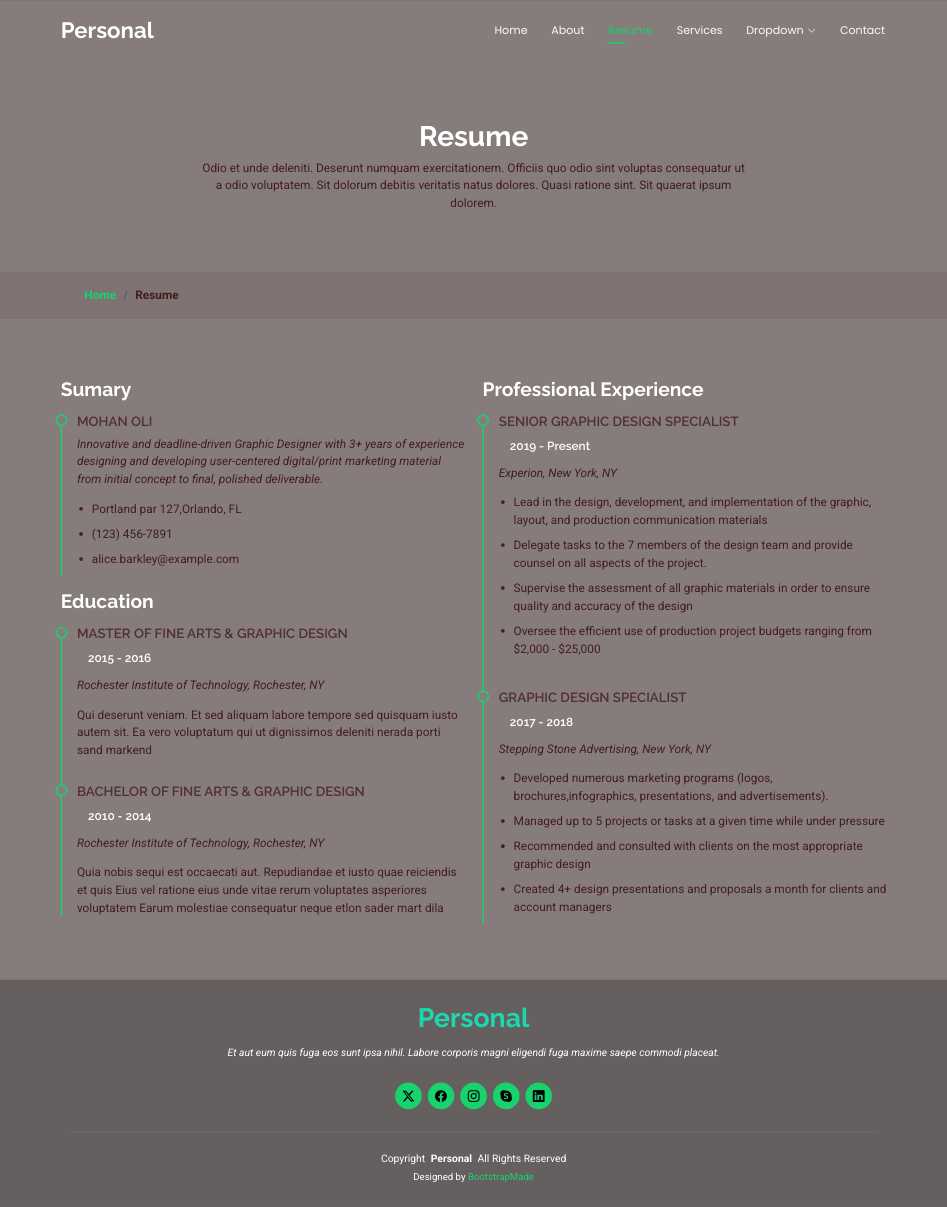
Repository: Mohanoli/mohan-git
Page: resume.html
An editor plug-in stored every save of this project. The page is shown before and after the next save, followed by the edit.
The browser window is 1280 px wide. The pictures show the whole page, at 74% of full size.

Above is the page before, as saved 2024-08-11 10:52:10.

After the next save:
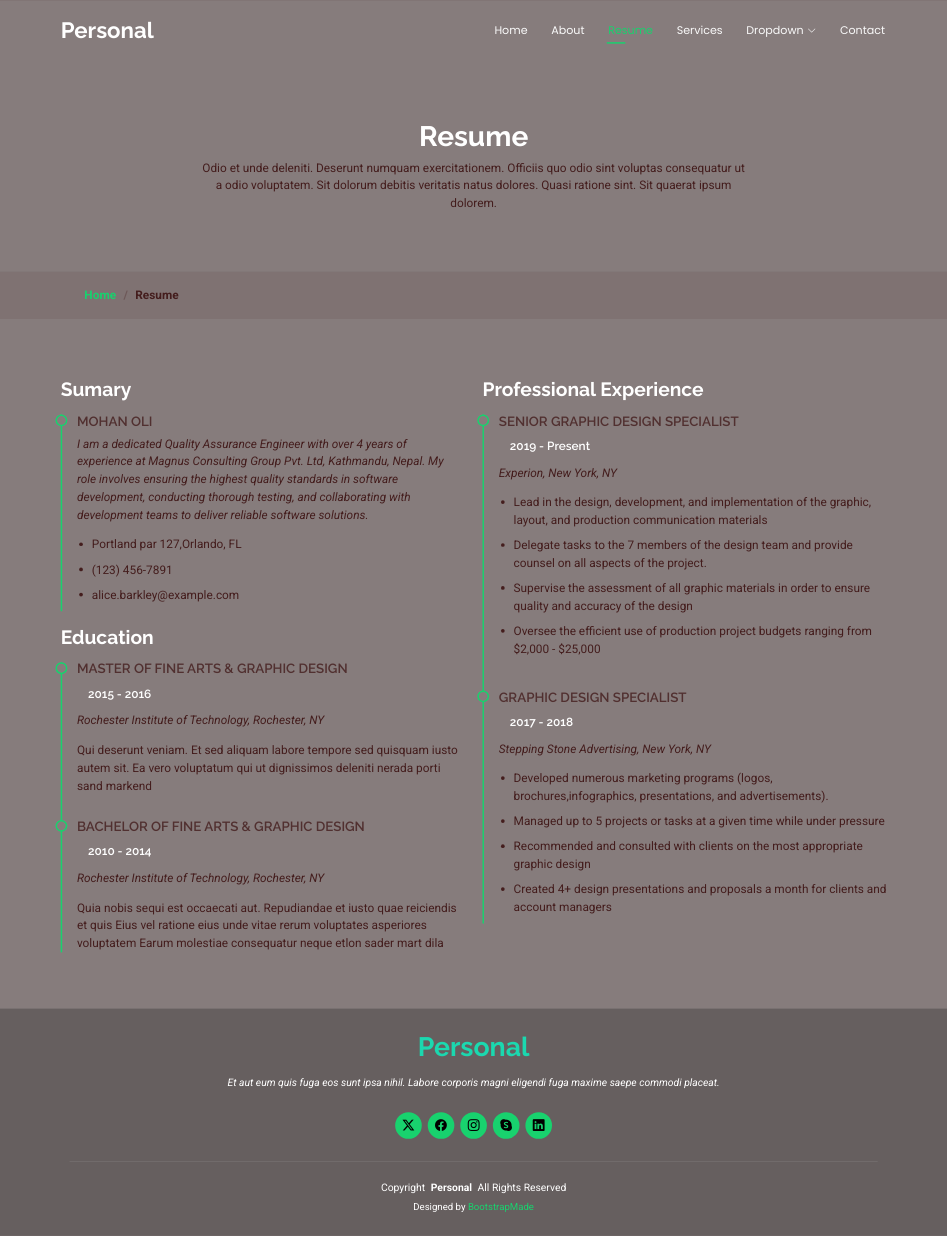
Saved 2 min 16 s later.
--- a/resume.html
+++ b/resume.html
@@ -115,7 +115,7 @@
 
             <div class="resume-item pb-0">
               <h4>Mohan Oli</h4>
-              <p><em>Innovative and deadline-driven Graphic Designer with 3+ years of experience designing and developing user-centered digital/print marketing material from initial concept to final, polished deliverable.</em></p>
+              <p><em>I am a dedicated Quality Assurance Engineer with over 4 years of experience at Magnus Consulting Group Pvt. Ltd, Kathmandu, Nepal. My role involves ensuring the highest quality standards in software development, conducting thorough testing, and collaborating with development teams to deliver reliable software solutions.</em></p>
               <ul>
                 <li>Portland par 127,Orlando, FL</li>
                 <li>(123) 456-7891</li>
